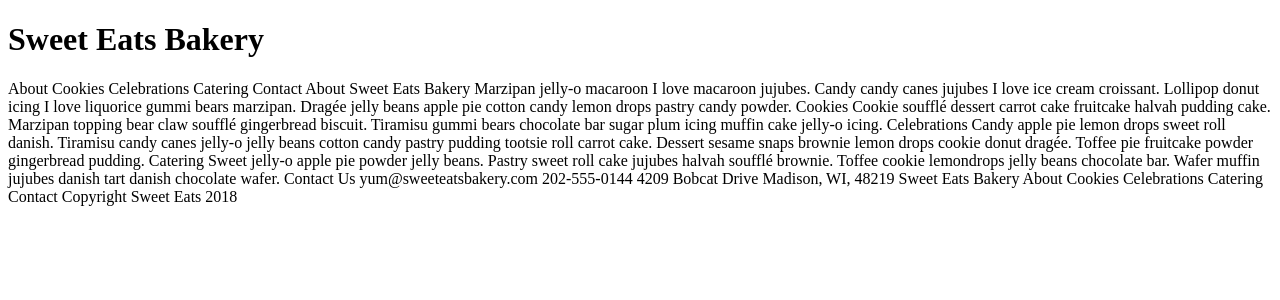
Repository: yoshimario/web-module-challenge-user-interface
Page: index.html
An editor plug-in stored every save of this project. The page is shown before and after a run of saves, followed by the edit.
The browser window is 1280 px wide. The pictures show the whole page.
Some web fonts or font styles are not loaded; a fallback is used.

Above is the page before, as saved 2023-05-13 19:08:34.

### index.html
<!DOCTYPE html>
<html lang="en">

<head>
    <meta charset="UTF-8">
    <!-- import your css file -->
    <link href="https://fonts.googleapis.com/css?family=Gaegu|Roboto" rel="stylesheet">
    <title>Sweet Eats Bakery</title>
</head>

<body>

    <!-- company name -->
    <h1>Sweet Eats Bakery</h1>

    <!-- Navigation -->
    About
    Cookies
    Celebrations
    Catering
    Contact

    <!-- Image https://tk-assets.lambdaschool.com/bcf76f62-2431-4c22-b466-2e711f3da2b9_ui-i-bakery-main-header.png -->

    <!-- Marketing header -->
    About Sweet Eats Bakery

    Marzipan jelly-o macaroon I love macaroon jujubes. Candy candy canes jujubes I love ice cream croissant. Lollipop
    donut icing I love liquorice gummi bears marzipan. Dragée jelly beans apple pie cotton candy lemon drops pastry candy
    powder.

    <!-- content -->

    <!-- Image https://tk-assets.lambdaschool.com/7393a8fd-c8e5-4003-921f-79e0d546d02c_ui-i-bakery-cookies.png -->
    Cookies

    Cookie soufflé dessert carrot cake fruitcake halvah pudding cake. Marzipan topping bear claw soufflé gingerbread
    biscuit. Tiramisu gummi bears chocolate bar sugar plum icing muffin cake jelly-o icing.

    <!-- Image https://tk-assets.lambdaschool.com/297378d6-9c89-430f-9d2e-46ae3d5edce8_ui-i-bakery-cupcake-i.png -->
    Celebrations

    Candy apple pie lemon drops sweet roll danish. Tiramisu candy canes jelly-o jelly beans cotton candy pastry pudding
    tootsie roll carrot cake. Dessert sesame snaps brownie lemon drops cookie donut dragée. Toffee pie fruitcake powder
    gingerbread pudding.

     <!-- Image https://tk-assets.lambdaschool.com/ab0cb095-5900-476c-b042-aea065d3dbbf_ui-i-bakery-celebrate.png -->
    Catering

    Sweet jelly-o apple pie powder jelly beans. Pastry sweet roll cake jujubes halvah soufflé brownie. Toffee cookie
    lemondrops jelly beans chocolate bar. Wafer muffin jujubes danish tart danish chocolate wafer.

    Contact Us

    yum@sweeteatsbakery.com
    202-555-0144
    4209 Bobcat Drive
    Madison, WI, 48219

    <!-- footer -->
    Sweet Eats Bakery

    About
    Cookies
    Celebrations
    Catering
    Contact

    Copyright Sweet Eats 2018
</body>

</html>

After the next 4 saves:
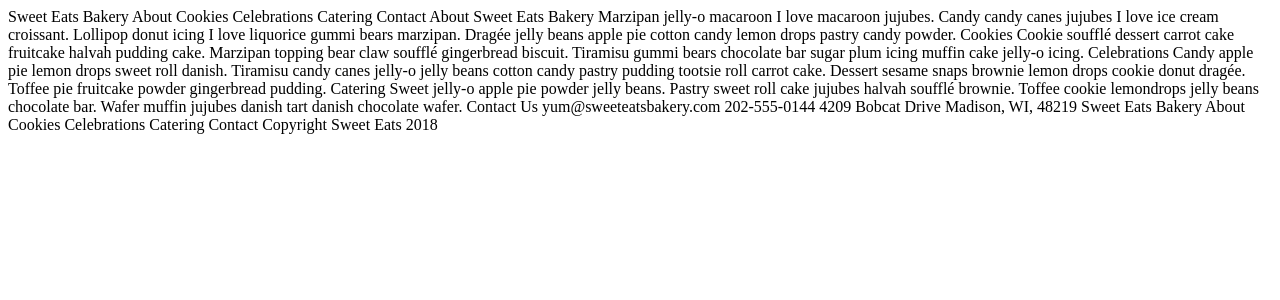
The 4 saves are shown as one change because they came seconds apart.
The last was saved 45 s later.
--- a/index.html
+++ b/index.html
@@ -11,7 +11,8 @@
 <body>
 
     <!-- company name -->
-    <h1>Sweet Eats Bakery</h1>
+    <header></header>
+    Sweet Eats Bakery
 
     <!-- Navigation -->
     About
